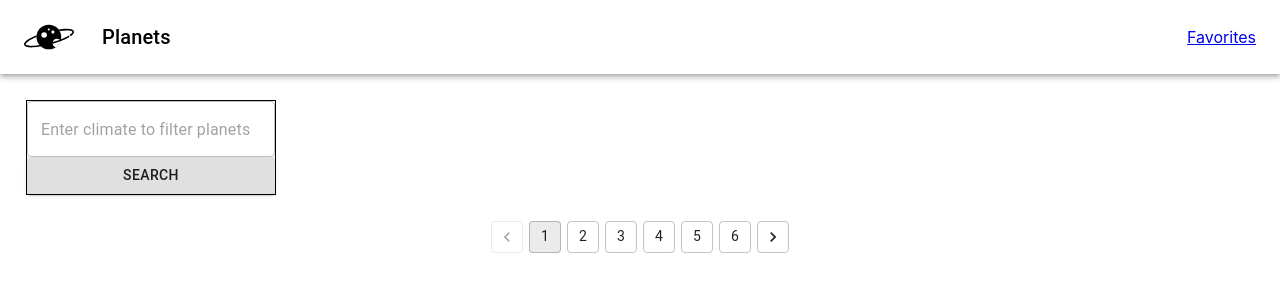
Repository: samridhie01/assignment
Page: /
These files come from the project's save history. The page is drawn as it stood at one moment and after the next save; the edit follows.
The browser window is 1280 px wide. The pictures show the whole page.
The page's requests for data from a server got no answer. The project was rebuilt for these pictures with package versions that can differ from the ones it lists, and the page was loaded fresh each time. A package was used in the major version that the imports need, not the one package.json lists. No one was signed in, and anything a server would have sent is missing. Also part of the build but not shown: src/components/planets/PlanetTile.tsx, src/components/planets/Planets.tsx, src/components/details/SpecificPlanetRetrievalService.ts, src/components/details/Details.tsx, src/components/favorites/Favorites.tsx.

Above is the page before, as saved 2020-08-21 18:21:02.

After the next save:
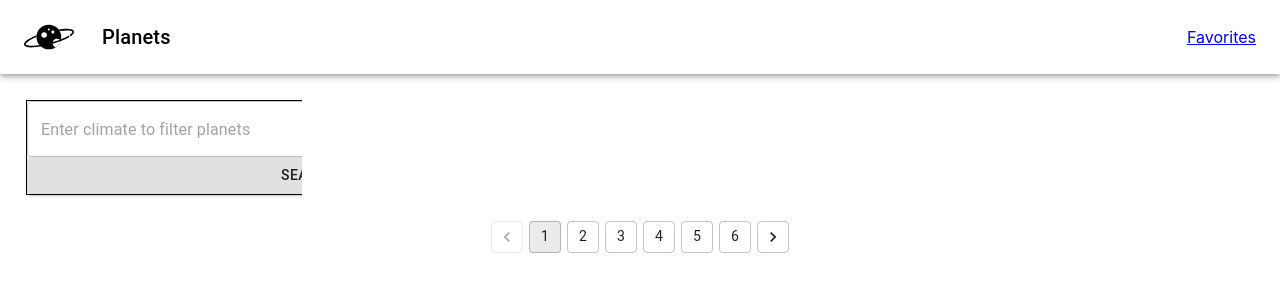
Saved 49 s later.
--- a/src/components/homePage/HomePage.tsx
+++ b/src/components/homePage/HomePage.tsx
@@ -60,8 +60,9 @@
     <>
       <Header path="/favs" linkName={"Favorites"} />
       <div className={classes.flexContainer}>
-        <SearchBox className={classes.sropShrink} handleSearch={updatePlanetSearchResult} />
-        <div className={classes.item}>
+      <div className={classes.item}>
+        <SearchBox handleSearch={updatePlanetSearchResult} />
+
           {planetData &&
             planetData.map((element: PlanetData, index: number) => {
               return (

After the save that followed:
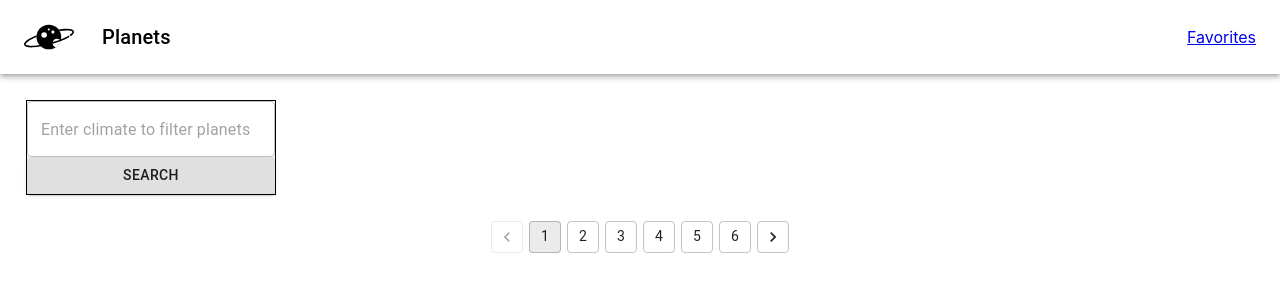
Saved 2 min 34 s later.
--- a/src/components/homePage/HomePage.tsx
+++ b/src/components/homePage/HomePage.tsx
@@ -60,9 +60,8 @@
     <>
       <Header path="/favs" linkName={"Favorites"} />
       <div className={classes.flexContainer}>
-      <div className={classes.item}>
         <SearchBox handleSearch={updatePlanetSearchResult} />
-
+        <div className={classes.item}>
           {planetData &&
             planetData.map((element: PlanetData, index: number) => {
               return (
